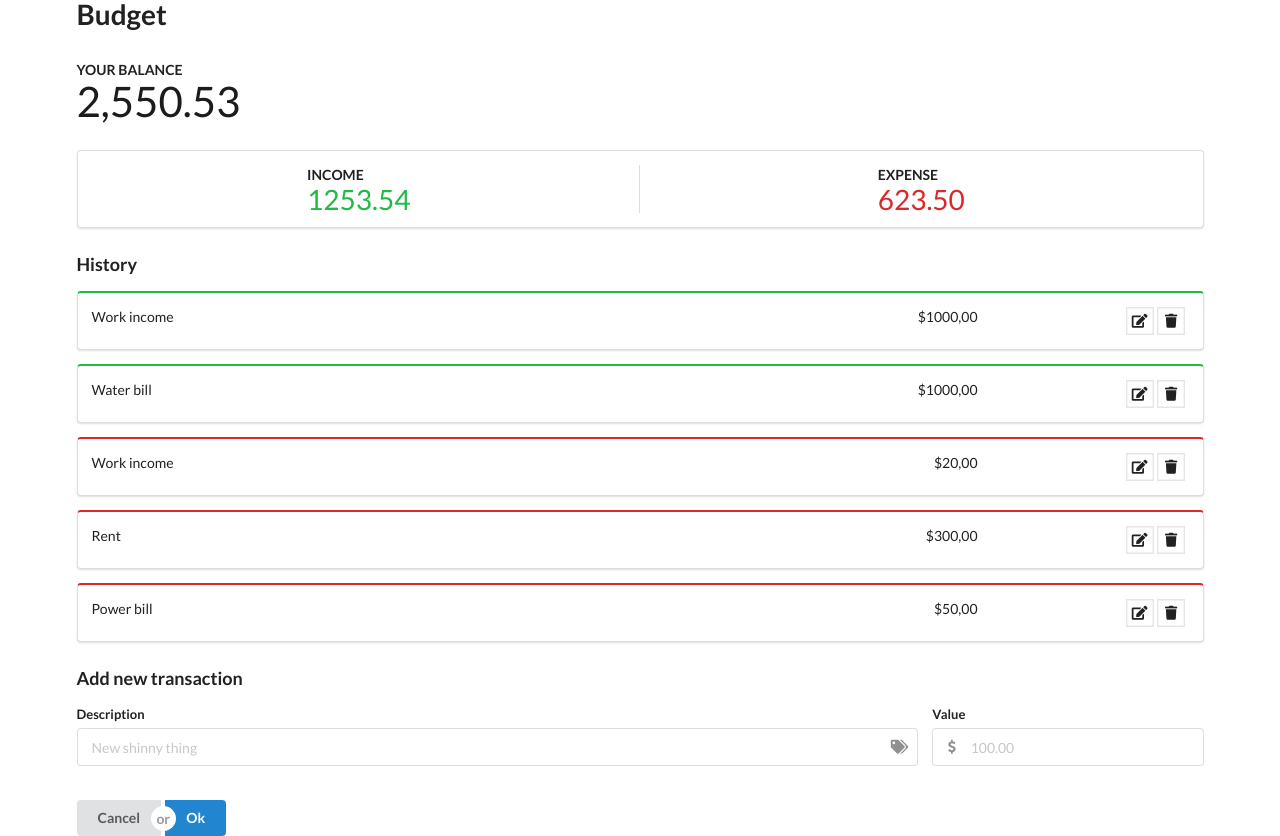
Repository: khuetn/budget-react
Page: /
The author's editor kept a copy of each file at every save. The page is drawn from the files as they stood at one save, then again after the next save.
The browser window is 1280 px wide. The pictures show the whole page.
The project was rebuilt for these pictures with package versions that can differ from the ones it lists, and the page was loaded fresh each time. Also part of the build but not shown: src/App.css.

Above is the page before, as saved 2021-07-18 11:44:56.

### src/App.js
import { useState } from "react";
import { Container } from "semantic-ui-react";
import "./App.css";
import DisplayBalance from "./components/DisplayBalance";
import DisplayBalances from "./components/DisplayBalances";
import EntryLine from "./components/EntryLine";
import EntryLines from "./components/EntryLines";
import MainHeader from "./components/MainHeader";
import NewEntryForm from "./components/NewEntryForm";

function App() {
  const [entries, setEntries] = useState(initialEntries);
  return (
    <Container>
      <MainHeader title="Budget" />

      <DisplayBalance title="Your Balance" value="2,550.53" size="small" />
      <DisplayBalances />

      <MainHeader title="History" type="h3" />
      <EntryLines entries={entries} />

      <MainHeader title="Add new transaction" type="h3" />
      <NewEntryForm />
    </Container>
  );
}

export default App;

var initialEntries = [
  {
    description: "Work income",
    value: "$1000,00",
    isExpense: false,
  },
  {
    description: "Water bill",
    value: "$1000,00",
    isExpense: false,
  },
  {
    description: "Work income",
    value: "$20,00",
    isExpense: true,
  },
  {
    description: "Rent",
    value: "$300,00",
    isExpense: true,
  },
  {
    description: "Power bill",
    value: "$50,00",
    isExpense: true,
  },
];

### src/components/DisplayBalance.js
import React from "react";
import { Statistic } from "semantic-ui-react";

function DisplayBalance({ title, value, color = "black", size = "tiny" }) {
  return (
    <Statistic size={size} color={color}>
      <Statistic.Label style={{ textAlign: "left" }}>{title}</Statistic.Label>
      <Statistic.Value>{value}</Statistic.Value>
    </Statistic>
  );
}

export default DisplayBalance;

### src/components/DisplayBalances.js
import React from "react";
import { Grid, Segment } from "semantic-ui-react";
import DisplayBalance from "./DisplayBalance";

function DisplayBalances() {
  return (
    <Segment textAlign="center">
      <Grid columns={2} divided>
        <Grid.Row>
          <Grid.Column>
            <DisplayBalance title="income" value="1253.54" color="green" />
          </Grid.Column>
          <Grid.Column>
            <DisplayBalance title="expense" value="623.50" color="red" />
          </Grid.Column>
        </Grid.Row>
      </Grid>
    </Segment>
  );
}

export default DisplayBalances;

### src/components/EntryLine.js
import React from "react";
import { Grid, Icon, Segment } from "semantic-ui-react";

function EntryLine({ description, value, isExpense = false }) {
  return (
    <Segment color={isExpense ? "red" : "green"}>
      <Grid columns={3} textAlign="right">
        <Grid.Row>
          <Grid.Column width={10} textAlign="left">
            {description}
          </Grid.Column>
          <Grid.Column width={3} textAlign="right">
            {value}
          </Grid.Column>
          <Grid.Column width={3}>
            <Icon name="edit" bordered />
            <Icon name="trash" bordered />
          </Grid.Column>
        </Grid.Row>
      </Grid>
    </Segment>
  );
}

export default EntryLine;

### src/components/EntryLines.js
import React from "react";
import { Container } from "semantic-ui-react";
import EntryLine from "./EntryLine";

function EntryLines({ entries }) {
  return (
    <Container>
      {entries.map((entry) => (
        <EntryLine
          description={entry.description}
          value={entry.value}
          isExpense={entry.isExpense}
        />
      ))}
    </Container>
  );
}

export default EntryLines;

### src/components/MainHeader.js
import React from "react";
import { Header } from "semantic-ui-react";

function Mainheader({ title, type = "h1" }) {
  return <Header as={type}>{title}</Header>;
}

export default Mainheader;

### src/components/NewEntryForm.js
import React from "react";
import { Form } from "semantic-ui-react";
import ButtonSaveorCancel from "./ButtonSaveorCancel";
function NewEntryForm() {
  return (
    <Form unstackable>
      <Form.Group>
        <Form.Input
          icon="tags"
          width={12}
          label="Description"
          placeholder="New shinny thing"
        />
        <Form.Input
          icon="dollar"
          width={4}
          label="Value"
          placeholder="100.00"
          iconPosition="left"
        />
      </Form.Group>
      <ButtonSaveorCancel />
    </Form>
  );
}

export default NewEntryForm;

### src/components/ButtonSaveorCancel.js
import React from "react";
import { Button } from "semantic-ui-react";
function ButtonSaveorCancel() {
  return (
    <Button.Group style={{ marginTop: 20 }}>
      <Button>Cancel</Button>
      <Button.Or />
      <Button primary>Ok</Button>
    </Button.Group>
  );
}

export default ButtonSaveorCancel;

Loaded but not shown: public/index.html (common file); src/index.js (common file); src/index.css (common file)

After the next save:
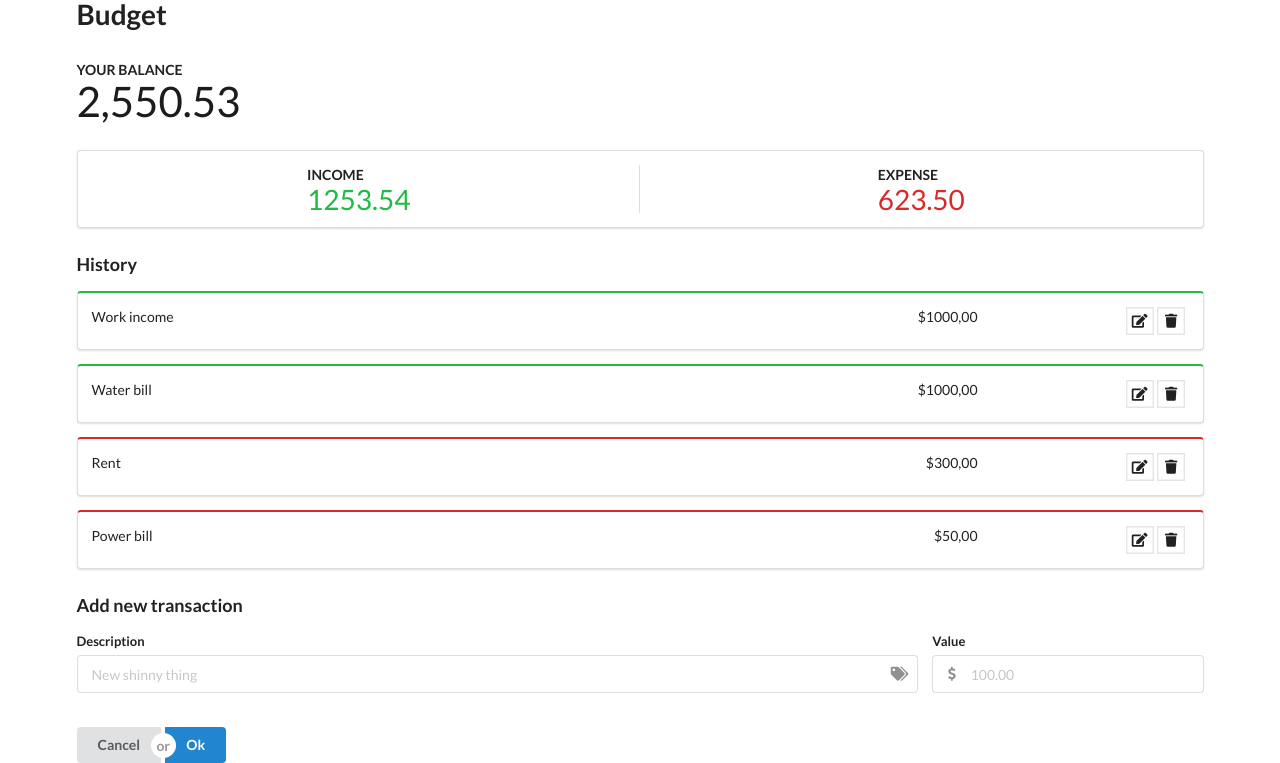
Saved 3 h 15 min later.
--- a/src/App.js
+++ b/src/App.js
@@ -39,11 +39,7 @@ var initialEntries = [
     value: "$1000,00",
     isExpense: false,
   },
-  {
-    description: "Work income",
-    value: "$20,00",
-    isExpense: true,
-  },
+
   {
     description: "Rent",
     value: "$300,00",
